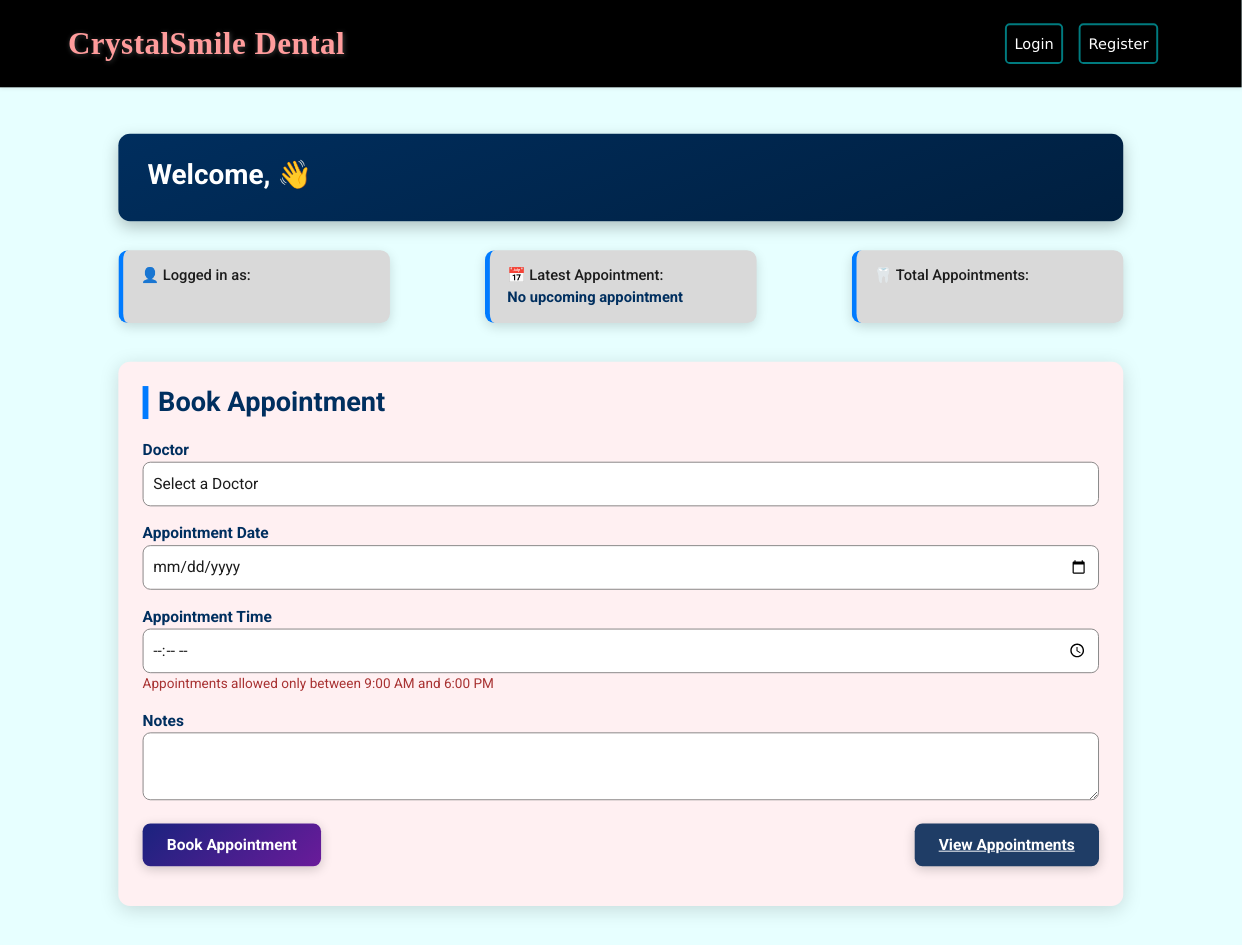
Repository: ashrayasjp/dentalclinicms
Page: dental_clinic_fyp/appointments/templates/appointments/dashboard_patient.html
The author's editor kept a copy of each file at every save. The page is drawn from the files as they stood at one save, then again after the next save.
The browser window is 1280 px wide. The pictures show the whole page, at 97% of full size.
Some web fonts or font styles are not loaded; a fallback is used. The template is drawn by Django 5.2. The application's start-up code is not run. The template is opened directly, without the code that normally fills it, so the values that code supplies are empty.

Above is the page before, as saved 2025-11-03 12:19:54.
Console error: SyntaxError: Unexpected token '<'

After the next save:
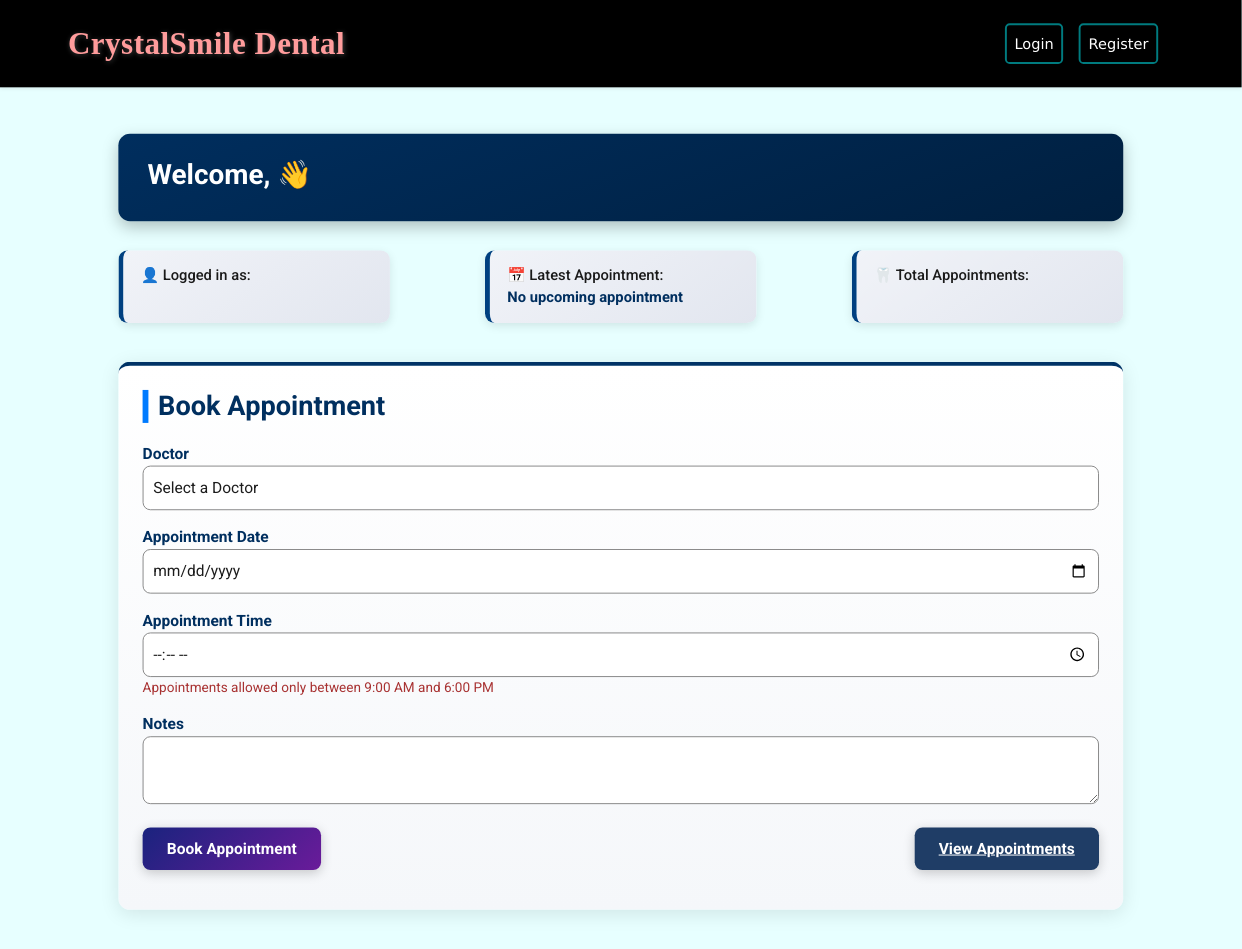
Saved 22 h 9 min later.
--- a/dental_clinic_fyp/appointments/templates/appointments/dashboard_patient.html
+++ b/dental_clinic_fyp/appointments/templates/appointments/dashboard_patient.html
@@ -41,36 +41,41 @@
   flex: 1;
   min-width: 220px;
   max-width: 280px;
-  border-left: 5px solid #007bff; /* header blue accent */
+  border-left: 5px solid #004080; /* darker blue accent */
   padding: 15px 18px;
   border-radius: 10px;
-  background-color: #d9d9d9; /* slightly dark gray */
-  box-shadow: 0 4px 12px rgba(0,0,0,0.15);
+  background: linear-gradient(145deg, #f1f3f8, #e2e6ef); /* subtle gray gradient */
+  box-shadow: 0 3px 10px rgba(0,0,0,0.1);
   font-size: 0.95rem;
   font-weight: 500;
-  color: #1c1c1c;
-  transition: transform 0.2s, box-shadow 0.2s;
+  color: #1a1a1a;
+  transition: all 0.25s ease;
 }
 .quick-card:hover {
-  transform: translateY(-3px);
-  box-shadow: 0 6px 18px rgba(0,0,0,0.2);
-}
-.quick-card strong { color: #002f5f; } /* dark blue accent */
+  transform: translateY(-4px);
+  box-shadow: 0 8px 18px rgba(0,0,0,0.15);
+}
+.quick-card strong {
+  color: #002f5f;
+  font-weight: 600;
+}
 
 /* Main Dashboard Cards */
 .dashboard-card {
   flex: 1;
   min-width: 340px;
-  background-color: #fff0f2; /* very soft whitish-pink */
+  background: linear-gradient(180deg, #ffffff 0%, #f5f7fa 100%); /* elegant off-white gradient */
   padding: 25px;
   border-radius: 12px;
-  box-shadow: 0 4px 20px rgba(0,0,0,0.15);
+  box-shadow: 0 4px 20px rgba(0,0,0,0.1);
   transition: transform 0.2s, box-shadow 0.2s;
+  border-top: 4px solid #003366; /* subtle top border for style */
 }
 .dashboard-card:hover {
   transform: translateY(-5px);
   box-shadow: 0 8px 25px rgba(0,0,0,0.18);
 }
+
 
 /* Form Styles */
 .form-control {
